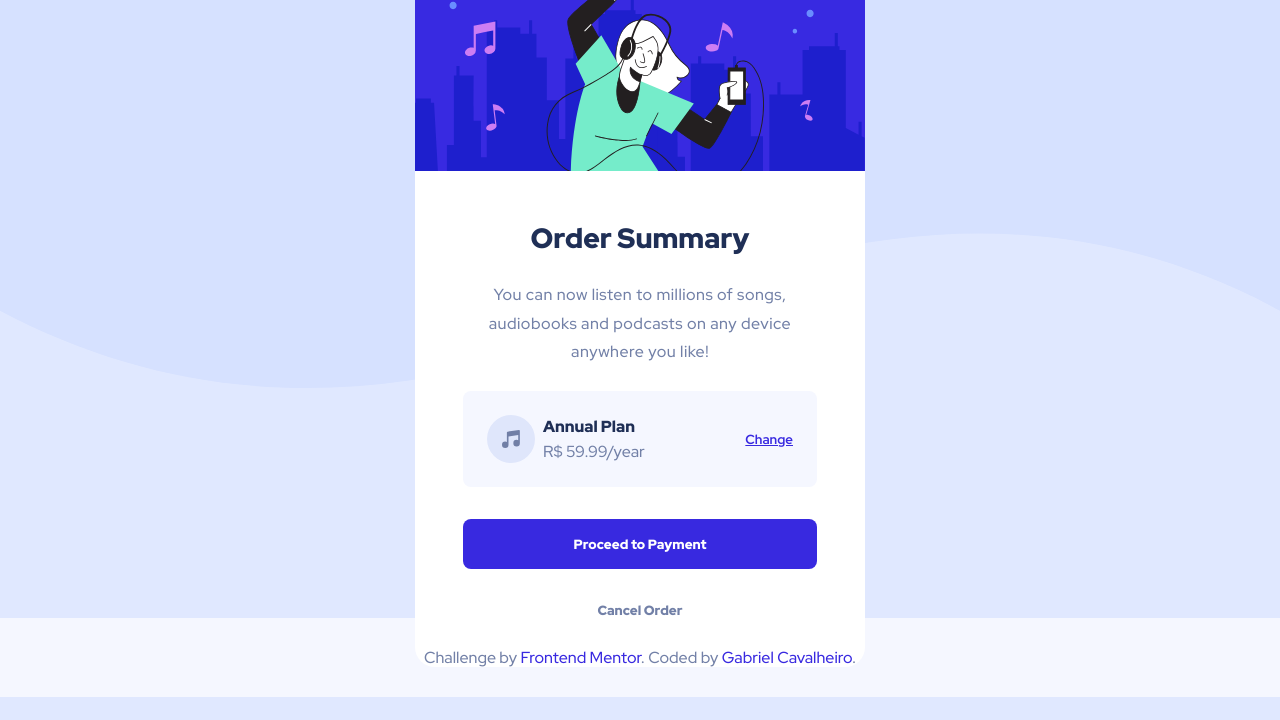
Repository: gccavalheiro/order-summary-card
Page: index.html
An editor plug-in stored every save of this project. The page is shown before and after the next save, followed by the edit.
The browser window is 1280 px wide. The pictures show the whole page.

Above is the page before, as saved 2021-12-17 02:57:04.

### index.html
<!DOCTYPE html>
<html lang="en">

<head>
  <meta charset="UTF-8" />
  <meta http-equiv="X-UA-Compatible" content="IE=edge" />
  <meta name="viewport" content="width=device-width, initial-scale=1.0" />
  <link rel="preconnect" href="https://fonts.googleapis.com">
  <link rel="preconnect" href="https://fonts.gstatic.com" crossorigin>
  <link href="https://fonts.googleapis.com/css2?family=Red+Hat+Display:wght@500;700;900&display=swap" rel="stylesheet">
  <link rel="icon" type="image/png" sizes="32x32" href="./images/favicon-32x32.png" />
  <title>Frontend Mentor | Order summary card</title>
  <link rel="stylesheet" href="./assets/css/main.css" />
</head>

<body>
  <main>
    <div class="card">
      <div class="card-header">
        <img src="./assets/images/illustration-hero.svg" alt="Illustration Woman">
      </div>
      <div class="card-body">
        <div class="card-info">
          <h1>Order Summary</h1>
          <p>You can now listen to millions of songs,
            audiobooks and podcasts on any device
            anywhere you like! </p>
        </div>
        <div class="card-plan">
          <div class="card-plan-detail">
            <div class="card-plan-icon-detail">
              <img src="./assets/images/icon-music.svg" alt="Icon Music" />
            </div>
            <div class="card-plan-info-detail">
              <h2>Annual Plan</h2>
              <p>R$ 59.99/year</p>
            </div>
          </div>
          <button class="card-plan-button">Change</button>
        </div>
        <button class="card-button-payment">Proceed to Payment</button>
        <button class="card-button-cancel">Cancel Order</button>
      </div>
    </div>
  </main>

  <footer>
    <p>
      Challenge by <a href="https://www.frontendmentor.io?ref=challenge" target="_blank">Frontend Mentor</a>.
      Coded by <a href="https://github.com/gccavalheiro">Gabriel Cavalheiro</a>.
    </p>
  </footer>
</body>

</html>

### assets/css/main.css
:root {
  --primary-pale-blue: hsl(225, 100%, 94%);
  --secondary-bright-blue: hsl(245, 75%, 52%);
  --very-pale-blue:hsl(225, 100%, 98%);
  --desaturated-blue: hsl(224, 23%, 55%);
  --dark-blue: hsl(223, 47%, 23%);
  --variant-blue: hsl(245, 83%, 68%);
  --white: hsl(0, 0%, 100%);
}

* {
  margin: 0;
  padding: 0;
  outline: 0;
  box-sizing: border-box;
  text-rendering: optimizeLegibility;
  -webkit-font-smoothing: antialiased;
  -moz-osx-font-smoothing: grayscale;
}

body {
  font-family: 'Red Hat Display', sans-serif;
  font-size: 1rem;
  background-color: var(--primary-pale-blue);
  background-image: url('../images/pattern-background-mobile.svg');
  background-repeat: no-repeat;
  background-position: top center;
  background-size: contain;
}

img {
  width: 100%;
}

a {
  color: var(--secondary-bright-blue);
  text-decoration: none;
}

a:hover {
  color: var(--variant-blue);
}

button {
  font-family: 'Red Hat Display', sans-serif;
  border: 0;
  cursor: pointer;
  background-color: transparent;
}

main {
  display: flex;
  align-items: center;
  justify-content: center;
  width: 100%;
  height: calc(100vh - 102px);
  padding: 0 20px;
}

.card {
  display: flex;
  flex-direction: column;
  width: 100%;
  max-width: 450px;
  border-radius: 20px;
  background-color: var(--white);
}

.card-header {
  width: 100%;
  border-top-left-radius: 20px;
  border-top-right-radius: 20px;
  overflow: hidden;
  line-height: 0;
}

.card-body {
  display: flex;
  flex-direction: column;
  align-items: center;
  padding: 20px;
}

.card-info {
  display: flex;
  flex-direction: column;
  align-items: center;
  text-align: center;
}

.card-info h1{
  font-size: 1.75rem;
  color: var(--dark-blue);
  font-weight: 900;
}

.card-info p{
  font-size: 1rem;
  color: var(--desaturated-blue);
  font-weight: 500;
  letter-spacing: 0.03em;
  line-height: 1.8;
  margin: 24px 0;
}

.card-plan {
  display: flex;
  flex-direction: column;
  align-items: center;
  justify-content: space-between;
  width: 100%;
  background-color: var(--very-pale-blue);
  padding: 20px;
  border-radius: 8px;
}

.card-plan-detail {
  display: flex;
  align-items: center;
}

.card-plan-icon-detail {
  width: 48px;
  height: 48px;
  min-width: 48px;
  min-height: 48px;
  border-radius: 50%;
  margin-right: 8px;
}

.card-plan-icon-detail img {
  object-fit: cover;
}

.card-plan-info-detail {
  display: flex;
  flex-direction: column;
}

.card-plan-info-detail h2, .card-plan-info-detail p {
  font-size: 1rem;
}
.card-plan-info-detail h2 {
  font-weight: 900;
  color: var(--dark-blue);
  margin-bottom: 4px;
}

.card-plan-info-detail p {
  color: var(--desaturated-blue);
  font-size: 700;
}

.card-plan-button {
  font-size: .825rem;
  color: var(--secondary-bright-blue);
  background-color: transparent;
  text-decoration: underline;
  font-weight: 700;
  border: 0;
  transition: .3s;
  margin-top: 20px;
}

.card-plan-button:hover {
  color: var(--variant-blue);
}

.card-button-payment{
  font-weight: 900;
  padding: 16px 0;
  width: 100%;
  color: var(--white);
  background-color: var(--secondary-bright-blue);
  border-radius: 8px;
  margin: 32px 0;
}

.card-button-payment:hover {
  background-color: var(--variant-blue);
}

.card-button-cancel{
  font-weight: 900;
  color: var(--desaturated-blue);
}

.card-button-cancel:hover {
  color: var(--dark-blue);
}

footer {
  display: flex;
  align-items: center;
  justify-content: center;
  width: 100%;
  background-color: var(--very-pale-blue);
  padding: 28px 0;
  color: var(--desaturated-blue);
  text-align: center;
  line-height: 23px;
}

footer p {
  padding: 0 20px;
}

@media screen and (min-width: 374.9px) {
 .card-plan {
    flex-direction: row;
  }

  .card-plan-button {
    margin-top: 0;
  }

  footer p {
    padding: 0;
  }
}

@media screen and (min-width: 767.9px) {
  body {
    background-image: url('../images/pattern-background-desktop.svg');
  }

  main {
    padding: 0;
  }

  .card-body {
    padding: 48px;
  }

  .card-plan {
    padding: 24px;
  }
}

After the next save:
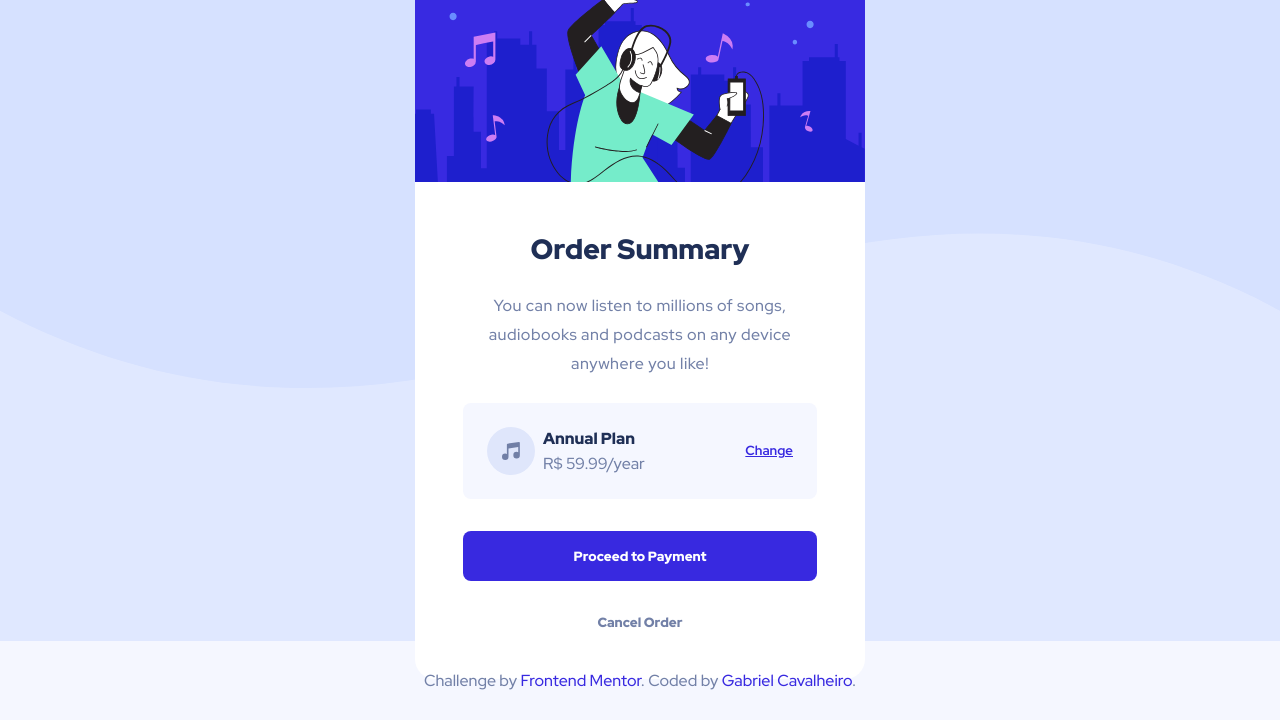
Saved 107 s later.
--- a/assets/css/main.css
+++ b/assets/css/main.css
@@ -53,7 +53,7 @@ main {
   align-items: center;
   justify-content: center;
   width: 100%;
-  height: calc(100vh - 102px);
+  height: calc(100vh - 79px);
   padding: 0 20px;
 }
 
